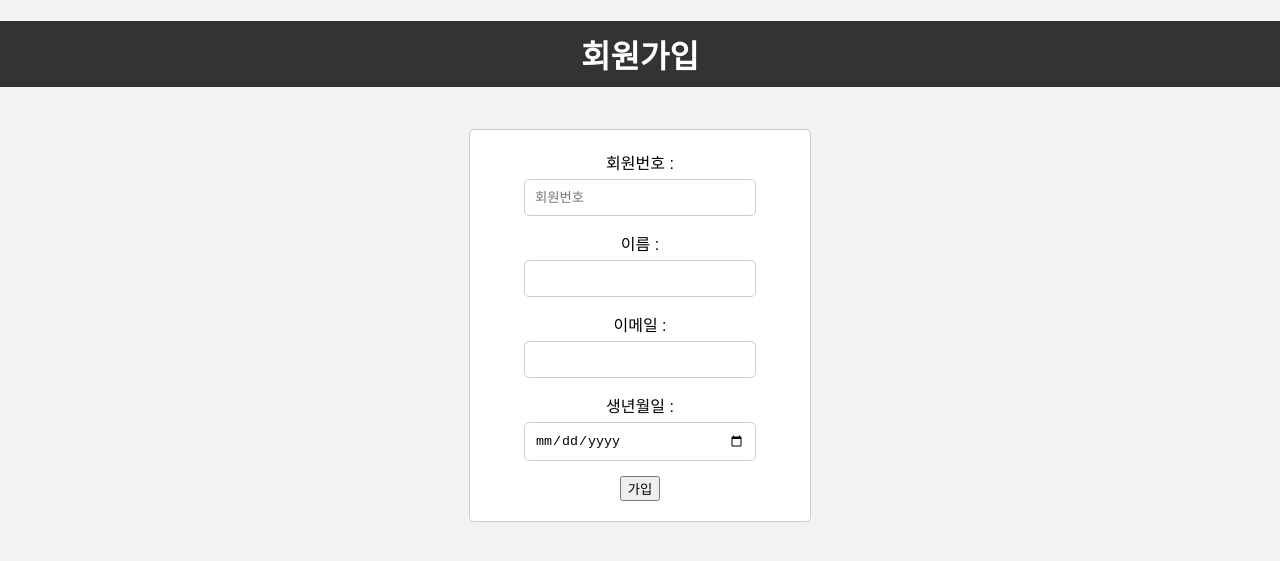
Repository: 2Mihye/servlet-jsp-workspace
Page: http://localhost/Join/register.jsp
The author's editor kept a copy of each file at every save. The page is drawn from the files as they stood at one save, then again after the next save.
The browser window is 1280 px wide. The pictures show the whole page.
The page is served by Tomcat 9. Other server files are loaded and not shown.

Above is the page before, as saved 2023-11-08 05:25:40.

### Join/src/main/webapp/register.jsp
<%@ page language="java" contentType="text/html; charset=EUC-KR"
    pageEncoding="EUC-KR"%>
<!DOCTYPE html>
<html>
	<head>
		<meta charset="EUC-KR">
		<title>Insert title here</title>
		<link rel="stylesheet" type="text/css" href="styles.css">
	</head>
	<body>
		<h1>회원가입</h1>
		<form action="RegisterServlet" method="post">
			<label for="mno">회원번호 : </label>
			<input type="text" id="mno" name="mno" placeholder = "회원번호" required><br>

			<label for= "mname">이름 : </label>
			<input type="text" id="mname" name="mname" required><br>

			<label for= "memail">이메일 : </label>
			<input type="email" id="memail" name="memail" required><br>

			<label for="mbirth">생년월일 : </label>
			<input type="date" id="mbirth" name="mbirth" required><br>

			<input type="submit" value="가입">
		</form>

	</body>
</html>

### Join/src/main/webapp/styles.css
/*@charset "EUC-KR";*/
/* 전체 페이지 스타일 */
body {
    font-family: Arial, sans-serif;
    background-color: #f2f2f2;
    margin: 0;
    padding: 0;
     text-align: center;
}

h1 {
    background-color: #333;
    color: #fff;
    padding: 10px;
    text-align: center;
}

/* 폼 스타일 */
form {
    background-color: #fff;
    border: 1px solid #ccc;
    border-radius: 5px;
    padding: 20px;
    margin: 20px;
    width: 300px;
    display: inline-block;
}

/* 레이블 스타일 */
label {
    display: block;
    margin-bottom: 5px;
}

/* 입력 필드 스타일 */
input[type="text"],
input[type="email"],
input[type="date"] {
    width: 70%;
    padding: 10px;
    margin-bottom: 15px;
    border: 1px solid #ccc;
    border-radius: 5px;
}

/* 버튼



table {
    width: 80%;
    margin: 20px auto;
    border-collapse: collapse;
    background-color: #fff;
}

table, th, td {
    border: 1px solid #ccc;
}

th, td {
    padding: 10px;
    text-align: left;
}

tr:nth-child(even) {
    background-color: #f2f2f2;
}

tr:hover {
    background-color: #e0e0e0;
}

After the next save:
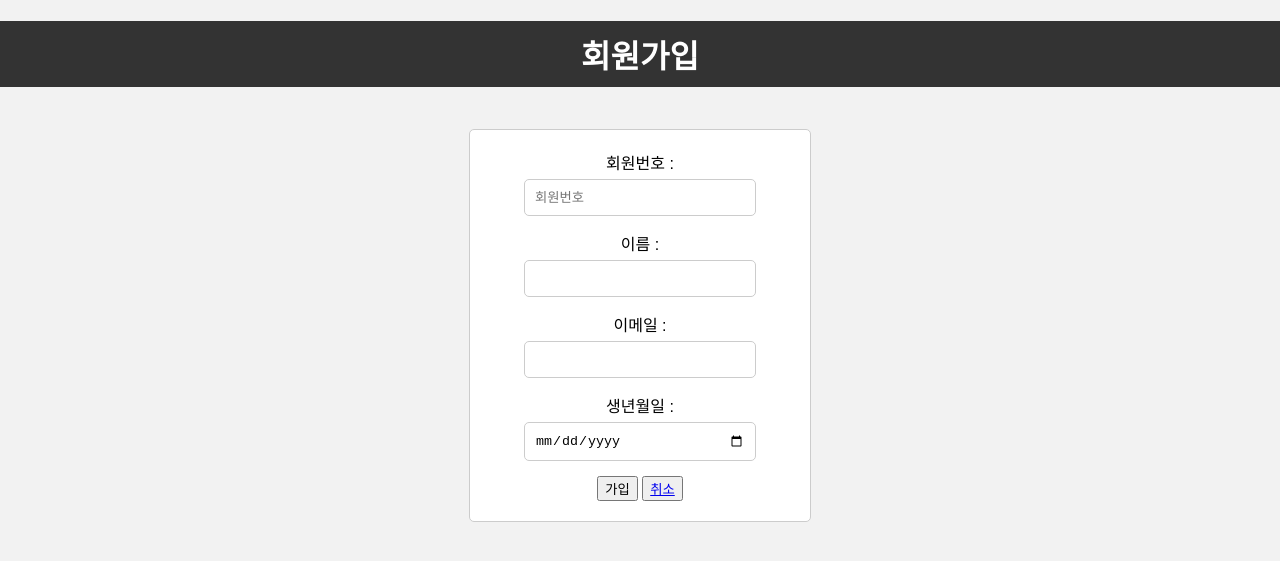
Saved 119 min 59 s later.
--- a/Join/src/main/webapp/register.jsp
+++ b/Join/src/main/webapp/register.jsp
@@ -23,6 +23,7 @@
 			<input type="date" id="mbirth" name="mbirth" required><br>
 
 			<input type="submit" value="가입">
+			<button><a href=register_error.jsp>취소</a></button>
 		</form>
 
 	</body>
